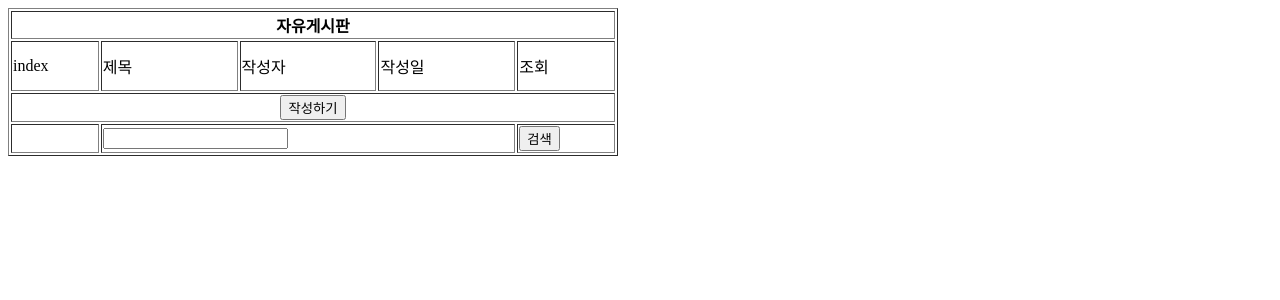
Repository: y2kim/workspace3
Page: http://localhost/WEB_MVC2_JSP_06_05_Pratice/BoardList
These files come from the project's save history. The page is drawn as it stood at one moment and after the next save; the edit follows.
The browser window is 1280 px wide. The pictures show the whole page.
The page is served by Tomcat 9. Queries for data that is not in the repository find no rows.

Above is the page before, as saved 2018-06-05 06:00:08.

After the next save:
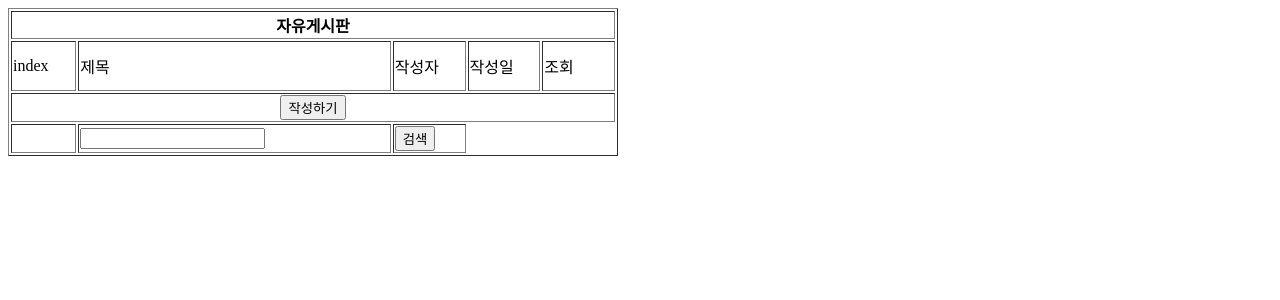
Saved 6 s later.
--- a/WEB_MVC2_JSP_06_05_Pratice/WebContent/boardList.jsp
+++ b/WEB_MVC2_JSP_06_05_Pratice/WebContent/boardList.jsp
@@ -37,7 +37,7 @@
         </tr>
         <tr>
         <td>
-        <td colspan="3"><input type="text" name="search" id="searchText"></td>
+        <td ><input type="text" name="search" id="searchText"></td>
         <td><button type="button" id="search">검색</button></td>
         </tr>
 	</table>
